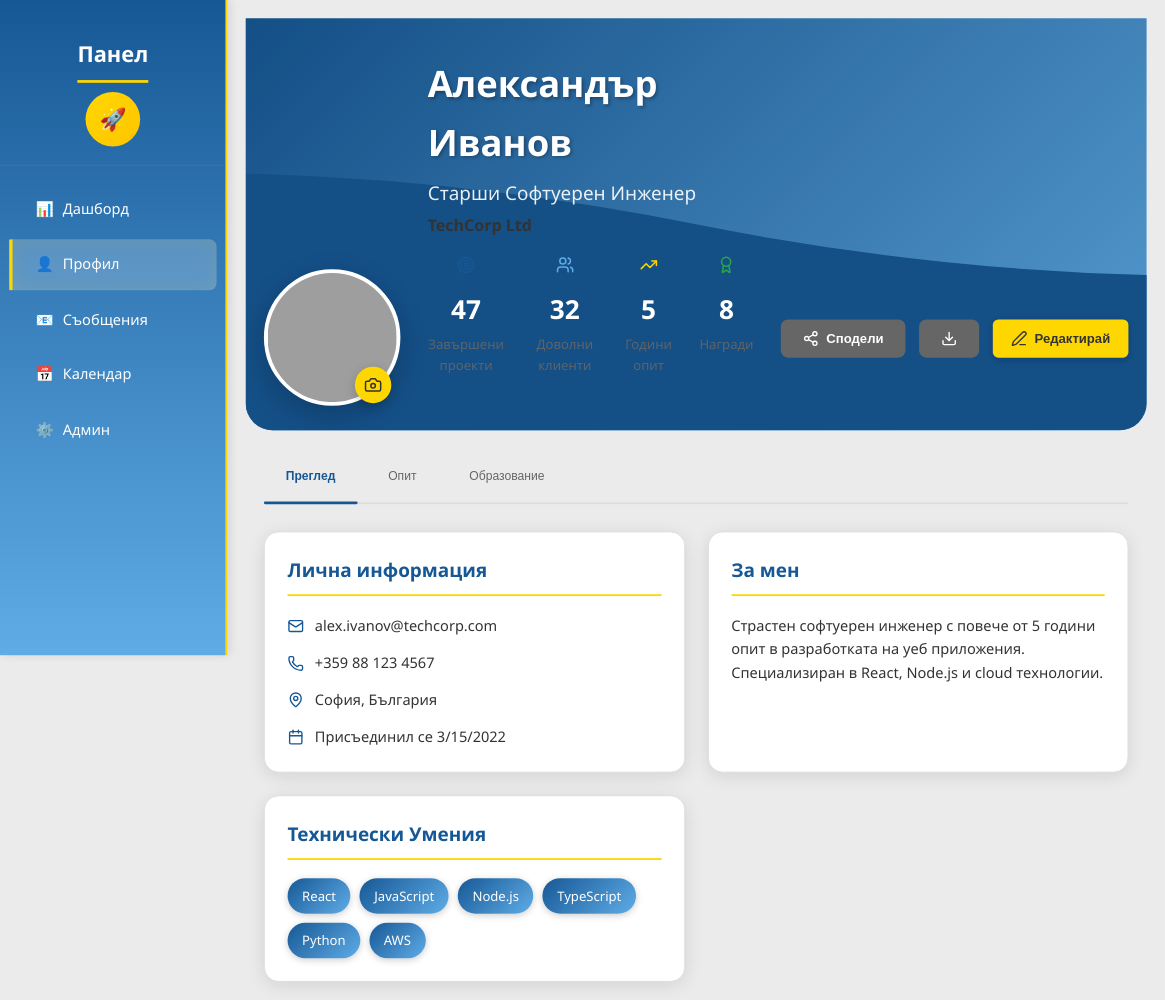
Repository: BorisSavianov/doxa-frontend
Page: /profile
The author's editor kept a copy of each file at every save. The page is drawn from the files as they stood at one save, then again after the next save.
The browser window is 1280 px wide. The pictures show the whole page, at 91% of full size.
Pictures or frames that could not be fetched are drawn as grey boxes. The project was rebuilt for these pictures with package versions that can differ from the ones it lists, and the page was loaded fresh each time. Also part of the build but not shown: vite.config.js, src/components/Layout/Header.jsx, src/components/Charts/SimpleChart.jsx, src/pages/Dashboard.jsx, src/pages/Inbox.css, src/pages/Inbox.jsx, src/pages/Calendar.jsx, src/pages/Admin.jsx.

Above is the page before, as saved 2025-10-24 13:32:30.

### index.html
<!doctype html>
<html lang="en">
  <head>
    <meta charset="UTF-8" />
    <link rel="icon" type="image/svg+xml" href="/vite.svg" />
    <meta name="viewport" content="width=device-width, initial-scale=1.0" />
    <title>vtu</title>
  </head>
  <body>
    <div id="root"></div>
    <script type="module" src="/src/main.jsx"></script>
  </body>
</html>

### src/main.jsx
import React from 'react'
import ReactDOM from 'react-dom/client'
import { createBrowserRouter, RouterProvider } from 'react-router-dom'
import { ThemeProvider } from './contexts/ThemeContext'
import { LanguageProvider } from './contexts/LanguageContext'
import Layout from './components/Layout/Layout'
import Dashboard from './pages/Dashboard'
import Profile from './pages/Profile'
import Inbox from './pages/Inbox'
import Calendar from './pages/Calendar'
import Admin from './pages/Admin'
import './index.css'

const router = createBrowserRouter([
  {
    path: "/",
    element: <Layout />,
    children: [
      {
        index: true,
        element: <Dashboard />,
      },
      {
        path: "dashboard",
        element: <Dashboard />,
      },
      {
        path: "profile",
        element: <Profile />,
      },
      {
        path: "inbox",
        element: <Inbox />,
      },
      {
        path: "calendar",
        element: <Calendar />,
      },
      {
        path: "admin",
        element: <Admin />,
      },
    ],
  },
], {
  future: {
    v7_startTransition: true,
    v7_relativeSplatPath: true,
  },
});

function App() {
  return (
    <ThemeProvider>
      <LanguageProvider>
        <RouterProvider router={router} />
      </LanguageProvider>
    </ThemeProvider>
  )
}

ReactDOM.createRoot(document.getElementById('root')).render(
  <React.StrictMode>
    <App />
  </React.StrictMode>,
)

### src/components/Layout/Layout.jsx
import React from 'react'
import { Outlet } from 'react-router-dom'
import { useTheme } from '../../contexts/ThemeContext'
import Header from './Header'
import Sidebar from './Sidebar'
import '../../styles/globals.css'

const Layout = () => {
  const { isDark } = useTheme()

  return (
    <div className={`app ${isDark ? 'dark' : 'light'}`}>
      <Sidebar />
      <div className="main-content">

        <Outlet />
      </div>
    </div>
  )
}

export default Layout

### src/pages/Profile.jsx
import React, { useState, useRef } from 'react'
import { useLanguage } from '../contexts/LanguageContext'
import { motion, AnimatePresence } from 'framer-motion'
import {
  Edit3,
  Camera,
  Mail,
  Phone,
  MapPin,
  Calendar,
  Award,
  Book,
  Briefcase,
  Users,
  Download,
  Share2,
  Star,
  TrendingUp,
  Target
} from 'lucide-react'
import './Profile.css'

const Profile = () => {
  const { t } = useLanguage()
  const fileInputRef = useRef(null)

  const [isEditing, setIsEditing] = useState(false)
  const [profile, setProfile] = useState({
    firstName: 'Александър',
    lastName: 'Иванов',
    position: t('Старши Софтуерен Инженер', 'Senior Software Engineer'),
    company: 'TechCorp Ltd',
    university: t('Софийски Университет "Св. Климент Охридски"', 'Sofia University "St. Kliment Ohridski"'),
    degree: t('Магистър по Компютърни Науки', 'Master of Computer Science'),
    email: 'alex.ivanov@techcorp.com',
    phone: '+359 88 123 4567',
    location: t('София, България', 'Sofia, Bulgaria'),
    joinDate: '2022-03-15',
    bio: t('Страстен софтуерен инженер с повече от 5 години опит в разработката на уеб приложения. Специализиран в React, Node.js и cloud технологии.', 'Passionate software engineer with over 5 years of experience in web application development. Specialized in React, Node.js and cloud technologies.'),
    skills: ['React', 'JavaScript', 'Node.js', 'TypeScript', 'Python', 'AWS'],
    interests: [t('Програмиране', 'Coding'), t('Планински туризъм', 'Hiking'), t('Фотография', 'Photography'), t('Четене', 'Reading')]
  })

  const [stats, setStats] = useState([
    { label: t('Завършени проекти', 'Completed Projects'), value: 47, icon: Target, color: '#165895' },
    { label: t('Доволни клиенти', 'Happy Clients'), value: 32, icon: Users, color: '#5FACE6' },
    { label: t('Години опит', 'Years Experience'), value: 5, icon: TrendingUp, color: '#FFD700' },
    { label: t('Награди', 'Awards'), value: 8, icon: Award, color: '#28a745' }
  ])

  const [activeTab, setActiveTab] = useState('overview')

  const handleImageUpload = (event) => {
    const file = event.target.files[0]
    if (file) {
      const reader = new FileReader()
      reader.onload = (e) => {
        // В реално приложение тук ще качим снимката на сървъра
        console.log('Image uploaded:', e.target.result)
        alert(t('Профилната снимка е обновена!', 'Profile picture updated!'))
      }
      reader.readAsDataURL(file)
    }
  }

  const handleSave = () => {
    setIsEditing(false)
    // Тук ще изпратим данните към сървъра
    alert(t('Профилът е запазен успешно!', 'Profile saved successfully!'))
  }

  const triggerFileInput = () => {
    fileInputRef.current?.click()
  }

  const tabs = [
    { id: 'overview', label: t('Преглед', 'Overview') },
    { id: 'experience', label: t('Опит', 'Experience') },
    { id: 'education', label: t('Образование', 'Education') },

  ]

  const experiences = [
    {
      id: 1,
      position: t('Старши Софтуерен Инженер', 'Senior Software Engineer'),
      company: 'TechCorp Ltd',
      period: t('Март 2022 - Настояще', 'Mar 2022 - Present'),
      description: t('Ръководство на екип от разработчици, проектиране на архитектура, внедряване на best practices.', 'Leading a team of developers, designing architecture, implementing best practices.')
    },
    {
      id: 2,
      position: t('Софтуерен Инженер', 'Software Engineer'),
      company: 'WebSolutions EOOD',
      period: t('Януари 2020 - Февруари 2022', 'Jan 2020 - Feb 2022'),
      description: t('Разработка на уеб приложения, работа с клиенти, оптимизация на производителност.', 'Web application development, client work, performance optimization.')
    },
    {
      id: 3,
      position: t('Джуниър Разработчик', 'Junior Developer'),
      company: 'StartUp BG',
      period: t('Юни 2018 - Декември 2019', 'Jun 2018 - Dec 2019'),
      description: t('Участие в разработката на MVP проекти, обучение и усъвършенстване на умения.', 'Participated in MVP project development, training and skill improvement.')
    }
  ]

  const education = [
    {
      id: 1,
      degree: t('Магистър по Компютърни Науки', 'Master of Computer Science'),
      university: t('Софийски Университет', 'Sofia University'),
      period: '2019-2021',
      grade: t('Отличен 6.00', 'Excellent 6.00')
    },
    {
      id: 2,
      degree: t('Бакалавър по Информатика', 'Bachelor of Informatics'),
      university: t('Софийски Университет', 'Sofia University'),
      period: '2015-2019',
      grade: t('Много Добър 5.50', 'Very Good 5.50')
    }
  ]

  return (
    <div className="profile-page">
      {/* Profile Header */}
      <motion.div
        className="profile-header"
        initial={{ y: -50, opacity: 0 }}
        animate={{ y: 0, opacity: 1 }}
        transition={{ duration: 0.6 }}
      >
        <div className="profile-background">
          <div className="background-overlay"></div>
        </div>

        <div className="profile-info">
          <div className="avatar-section">
            <div className="avatar-container">
              <img
                src="/api/placeholder/150/150"
                alt="Profile"
                className="profile-avatar"
              />
              <motion.button
                className="avatar-edit-btn"
                onClick={triggerFileInput}
                whileHover={{ scale: 1.1 }}
                whileTap={{ scale: 0.9 }}
              >
                <Camera size={20} />
              </motion.button>
              <input
                type="file"
                ref={fileInputRef}
                onChange={handleImageUpload}
                accept="image/*"
                style={{ display: 'none' }}
              />
            </div>

            <div className="profile-main-info">
              <h1>{profile.firstName} {profile.lastName}</h1>
              <p className="position">{profile.position}</p>
              <p className="company">{profile.company}</p>

              <div className="profile-stats">
                {stats.map((stat, index) => (
                  <motion.div
                    key={stat.label}
                    className="stat-item"
                    initial={{ scale: 0 }}
                    animate={{ scale: 1 }}
                    transition={{ delay: index * 0.1 }}
                  >
                    <stat.icon size={20} color={stat.color} />
                    <div className="stat-value">{stat.value}</div>
                    <div className="stat-label">{stat.label}</div>
                  </motion.div>
                ))}
              </div>
            </div>
          </div>

          <div className="profile-actions">
            <motion.button
              className="btn btn-secondary"
              whileHover={{ scale: 1.05 }}
              whileTap={{ scale: 0.95 }}
            >
              <Share2 size={18} />
              {t('Сподели', 'Share')}
            </motion.button>
            <motion.button
              className="btn btn-secondary"
              whileHover={{ scale: 1.05 }}
              whileTap={{ scale: 0.95 }}
            >
              <Download size={18} />

            </motion.button>
            <motion.button
              className="btn btn-primary edit-btn"
              onClick={() => setIsEditing(!isEditing)}
              whileHover={{ scale: 1.05 }}
              whileTap={{ scale: 0.95 }}
            >
              <Edit3 size={18} />
              {isEditing ? t('Запази', 'Save') : t('Редактирай', 'Edit')}
            </motion.button>
          </div>
        </div>
      </motion.div>

      <div className="profile-content">
        {/* Navigation Tabs */}
        <motion.div
          className="profile-tabs"
          initial={{ x: -50, opacity: 0 }}
          animate={{ x: 0, opacity: 1 }}
          transition={{ delay: 0.2 }}
        >
          {tabs.map(tab => (
            <button
              key={tab.id}
              className={`tab-btn ${activeTab === tab.id ? 'active' : ''}`}
              onClick={() => setActiveTab(tab.id)}
            >
              {tab.label}
            </button>
          ))}
        </motion.div>

        {/* Tab Content */}
        <div className="tab-content">
          <AnimatePresence mode="wait">
            {activeTab === 'overview' && (
              <motion.div
                key="overview"
                initial={{ opacity: 0, y: 20 }}
                animate={{ opacity: 1, y: 0 }}
                exit={{ opacity: 0, y: -20 }}
                transition={{ duration: 0.3 }}
                className="overview-content"
              >
                <div className="grid-layout">
                  {/* Personal Info Card */}
                  <div className="info-card">
                    <h3>{t('Лична информация', 'Personal Information')}</h3>
                    <div className="info-list">
                      <div className="info-item">
                        <Mail size={18} />
                        <span>{profile.email}</span>
                      </div>
                      <div className="info-item">
                        <Phone size={18} />
                        <span>{profile.phone}</span>
                      </div>
                      <div className="info-item">
                        <MapPin size={18} />
                        <span>{profile.location}</span>
                      </div>
                      <div className="info-item">
                        <Calendar size={18} />
                        <span>{t('Присъединил се', 'Joined')} {new Date(profile.joinDate).toLocaleDateString()}</span>
                      </div>
                    </div>
                  </div>

                  {/* Bio Card */}
                  <div className="info-card">
                    <h3>{t('За мен', 'About Me')}</h3>
                    <p className="bio-text">{profile.bio}</p>
                  </div>

                  {/* Skills Card */}
                  <div className="info-card">
                    <h3>{t('Технически Умения', 'Technical Skills')}</h3>
                    <div className="skills-grid">
                      {profile.skills.map((skill, index) => (
                        <motion.span
                          key={skill}
                          className="skill-tag"
                          initial={{ scale: 0 }}
                          animate={{ scale: 1 }}
                          transition={{ delay: index * 0.1 }}
                        >
                          {skill}
                        </motion.span>
                      ))}
                    </div>
                  </div>

                  {/* Interests Card */}

                </div>
              </motion.div>
            )}

            {activeTab === 'experience' && (
              <motion.div
                key="experience"
                initial={{ opacity: 0, y: 20 }}
                animate={{ opacity: 1, y: 0 }}
                exit={{ opacity: 0, y: -20 }}
                transition={{ duration: 0.3 }}
                className="experience-content"
              >
                <div className="timeline">
                  {experiences.map((exp, index) => (
                    <motion.div
                      key={exp.id}
                      className="timeline-item"
                      initial={{ opacity: 0, x: -50 }}
                      animate={{ opacity: 1, x: 0 }}
                      transition={{ delay: index * 0.1 }}
                    >
                      <div className="timeline-marker">
                        <Briefcase size={20} />
                      </div>
                      <div className="timeline-content">
                        <h4>{exp.position}</h4>
                        <div className="company-period">
                          <span className="company">{exp.company}</span>
                          <span className="period">{exp.period}</span>
                        </div>
                        <p className="description">{exp.description}</p>
                      </div>
                    </motion.div>
                  ))}
                </div>
              </motion.div>
            )}

            {activeTab === 'education' && (
              <motion.div
                key="education"
                initial={{ opacity: 0, y: 20 }}
                animate={{ opacity: 1, y: 0 }}
                exit={{ opacity: 0, y: -20 }}
                transition={{ duration: 0.3 }}
                className="education-content"
              >
                <div className="education-list">
                  {education.map((edu, index) => (
                    <motion.div
                      key={edu.id}
                      className="education-item"
                      initial={{ opacity: 0, x: 50 }}
                      animate={{ opacity: 1, x: 0 }}
                      transition={{ delay: index * 0.1 }}
                    >
                      <div className="edu-icon">
                        <Book size={24} />
                      </div>
                      <div className="edu-details">
                        <h4>{edu.degree}</h4>
                        <div className="edu-meta">
                          <span className="university">{edu.university}</span>
                          <span className="period">{edu.period}</span>
                          <span className="grade">{edu.grade}</span>
                        </div>
                      </div>
                    </motion.div>
                  ))}
                </div>
              </motion.div>
            )}

            {activeTab === 'skills' && (
              <motion.div
                key="skills"
                initial={{ opacity: 0, y: 20 }}
                animate={{ opacity: 1, y: 0 }}
                exit={{ opacity: 0, y: -20 }}
                transition={{ duration: 0.3 }}
                className="skills-content"
              >
                <div className="skills-categories">
                  <div className="skill-category">
                    <h4>{t('Frontend', 'Frontend')}</h4>
                    <div className="skill-levels">
                      {['React', 'JavaScript', 'TypeScript', 'HTML/CSS'].map(skill => (
                        <div key={skill} className="skill-level">
                          <span className="skill-name">{skill}</span>
                          <div className="level-bar">
                            <div
                              className="level-fill"
                              style={{ width: `${Math.random() * 50 + 50}%` }}
                            ></div>
                          </div>
                        </div>
                      ))}
                    </div>
                  </div>

                  <div className="skill-category">
                    <h4>{t('Backend', 'Backend')}</h4>
                    <div className="skill-levels">
                      {['Node.js', 'Python', 'SQL', 'MongoDB'].map(skill => (
                        <div key={skill} className="skill-level">
                          <span className="skill-name">{skill}</span>
                          <div className="level-bar">
                            <div
                              className="level-fill"
                              style={{ width: `${Math.random() * 50 + 50}%` }}
                            ></div>
                          </div>
                        </div>
                      ))}
                    </div>
                  </div>
                </div>
              </motion.div>
            )}
          </AnimatePresence>
        </div>
      </div>

      {/* Edit Modal */}
      <AnimatePresence>
        {isEditing && (
          <motion.div
            className="edit-modal-overlay"
            initial={{ opacity: 0 }}
            animate={{ opacity: 1 }}
            exit={{ opacity: 0 }}
            onClick={() => setIsEditing(false)}
          >
            <motion.div
              className="edit-modal"
              initial={{ scale: 0.8, opacity: 0 }}
              animate={{ scale: 1, opacity: 1 }}
              exit={{ scale: 0.8, opacity: 0 }}
              onClick={(e) => e.stopPropagation()}
            >
              <div className="modal-header">
                <h3>{t('Редактиране на профил', 'Edit Profile')}</h3>
                <button className="close-btn" onClick={() => setIsEditing(false)}>×</button>
              </div>

              <div className="modal-body">
                <div className="form-grid">
                  <div className="form-group">
                    <label>{t('Име', 'First Name')}</label>
                    <input
                      type="text"
                      value={profile.firstName}
                      onChange={(e) => setProfile({...profile, firstName: e.target.value})}
                      className="form-input"
                    />
                  </div>

                  <div className="form-group">
                    <label>{t('Фамилия', 'Last Name')}</label>
                    <input
                      type="text"
                      value={profile.lastName}
                      onChange={(e) => setProfile({...profile, lastName: e.target.value})}
                      className="form-input"
                    />
                  </div>

                  <div className="form-group full-width">
                    <label>{t('Длъжност', 'Position')}</label>
                    <input
                      type="text"
                      value={profile.position}
                      onChange={(e) => setProfile({...profile, position: e.target.value})}
                      className="form-input"
                    />
                  </div>

                  <div className="form-group full-width">
                    <label>{t('Университет', 'University')}</label>
                    <input
                      type="text"
                      value={profile.university}
                      onChange={(e) => setProfile({...profile, university: e.target.value})}
                      className="form-input"
                    />
                  </div>

                  <div className="form-group full-width">
                    <label>{t('Биография', 'Bio')}</label>
                    <textarea
                      value={profile.bio}
                      onChange={(e) => setProfile({...profile, bio: e.target.value})}
                      className="form-textarea"
                      rows="4"
                    />
                  </div>
                </div>
              </div>

              <div className="modal-footer">
                <button className="btn btn-secondary" onClick={() => setIsEditing(false)}>
                  {t('Отказ', 'Cancel')}
                </button>
                <button className="btn btn-primary" onClick={handleSave}>
                  {t('Запази', 'Save')}
                </button>
              </div>
            </motion.div>
          </motion.div>
        )}
      </AnimatePresence>
    </div>
  )
}

export default Profile

### src/index.css
:root {
  font-family: Inter, system-ui, Avenir, Helvetica, Arial, sans-serif;
  line-height: 1.5;
  font-weight: 400;
}

body {
  margin: 0;
  display: flex;
  place-items: center;
  min-width: 320px;
  min-height: 100vh;
}

#root {
  width: 100%;
  margin: 0 auto;
}

Loaded but not shown: src/contexts/ThemeContext.js (31 lines, source omitted); src/hooks/useLocalStorage.js (24 lines, source omitted); src/pages/Profile.css (672 lines, source omitted); src/pages/Calendar.css (427 lines, source omitted); src/styles/globals.css (337 lines, source omitted); src/components/Layout/Sidebar.jsx (56 lines, source omitted); src/contexts/LanguageContext.jsx (67 lines, source omitted)

After the next save:
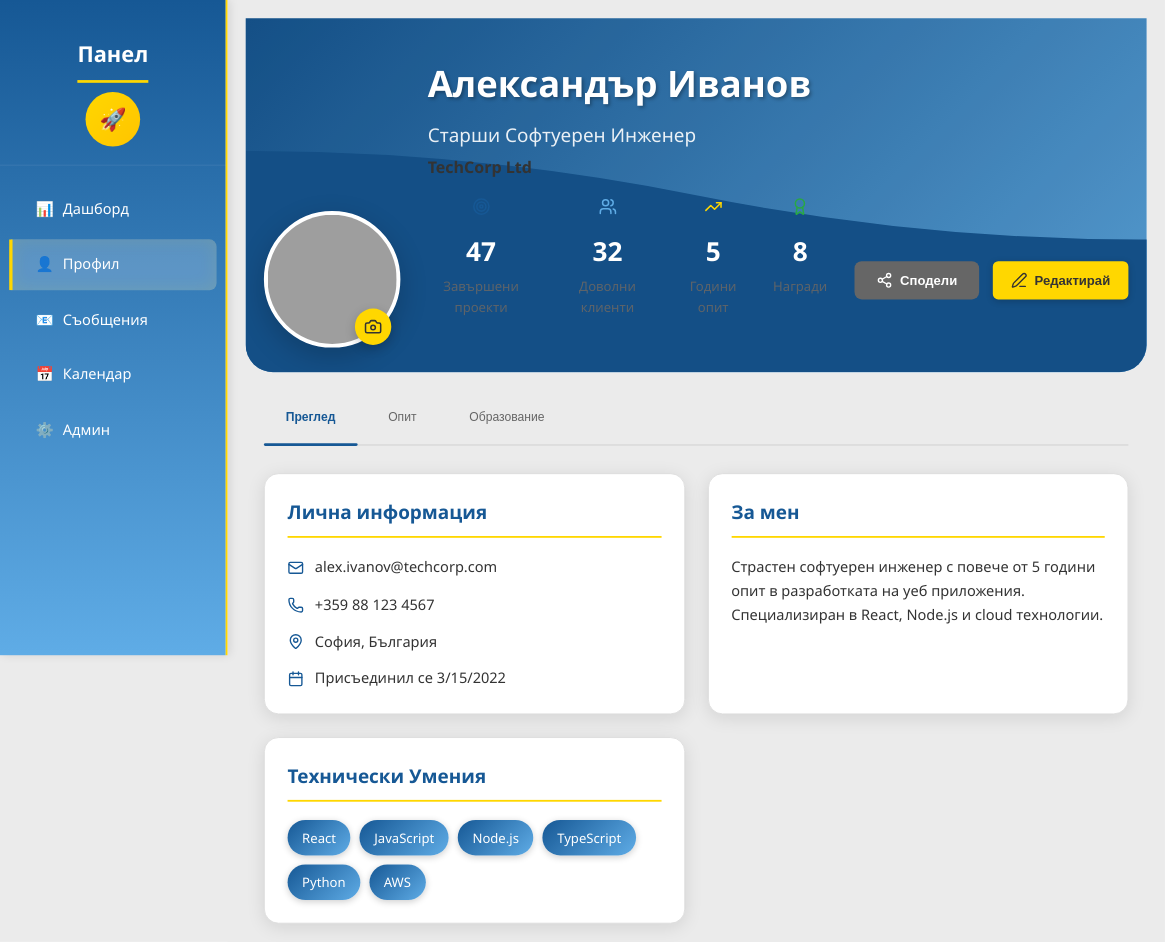
Saved 3 s later.
--- a/src/pages/Profile.jsx
+++ b/src/pages/Profile.jsx
@@ -191,14 +191,7 @@ const Profile = () => {
               <Share2 size={18} />
               {t('Сподели', 'Share')}
             </motion.button>
-            <motion.button
-              className="btn btn-secondary"
-              whileHover={{ scale: 1.05 }}
-              whileTap={{ scale: 0.95 }}
-            >
-              <Download size={18} />
-
-            </motion.button>
+
             <motion.button
               className="btn btn-primary edit-btn"
               onClick={() => setIsEditing(!isEditing)}
